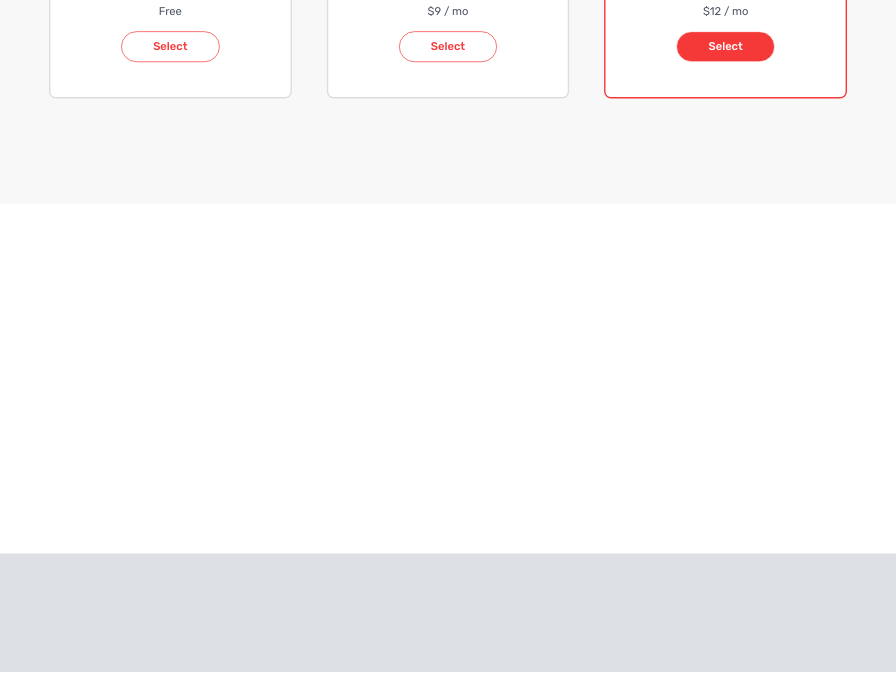
Repository: dangpham205/LaslesVPN-Landing-Page
Page: index.html
The author's editor kept a copy of each file at every save. The page is drawn from the files as they stood at one save, then again after the next save.
The browser window is 1280 px wide. The pictures show the part of the page from y = 2334 to 4254 px (the page is 3295 px tall before and 4254 px after), at 70% of full size.

Above is the page before, as saved 2022-07-20 15:32:17.

After the next save:
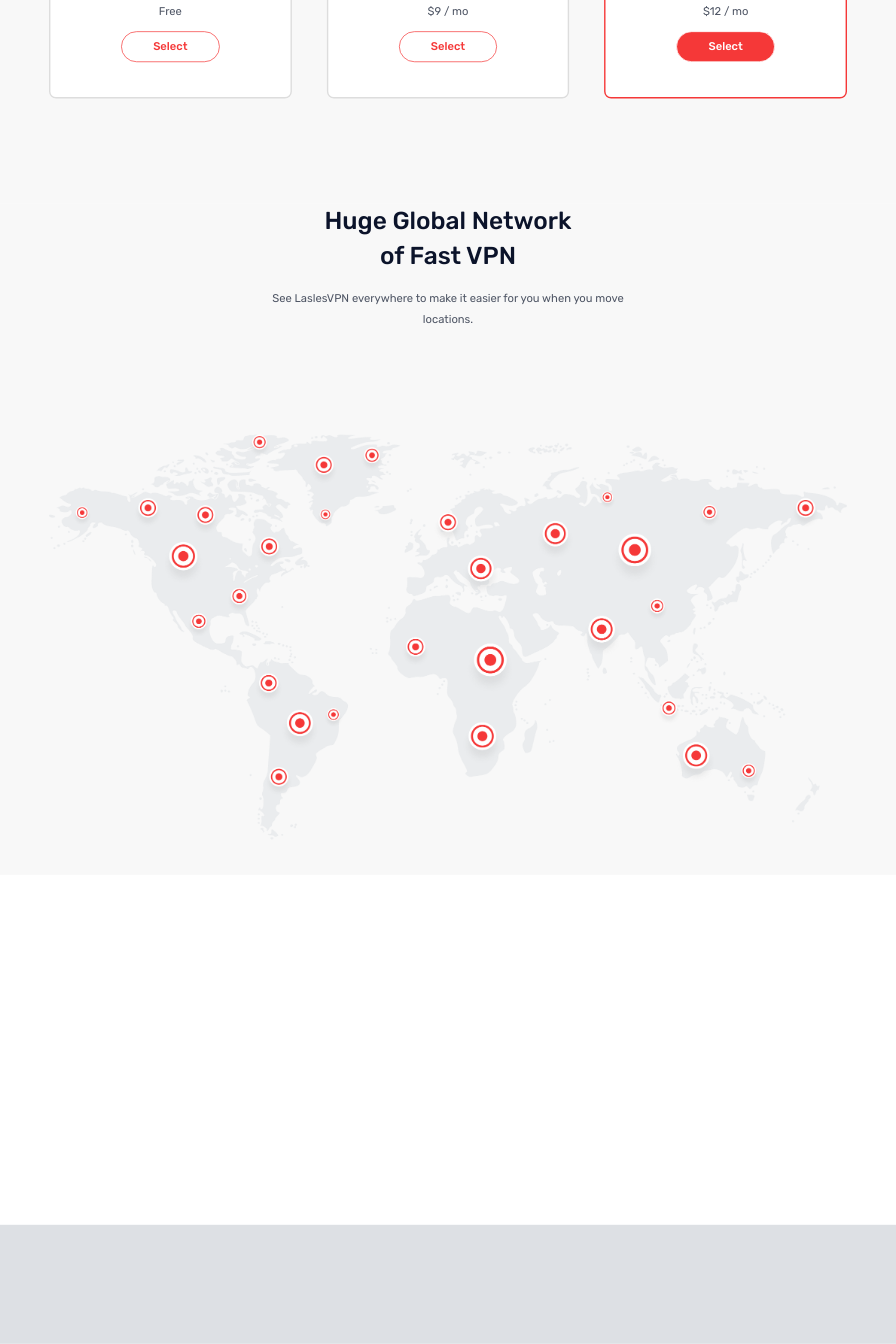
Saved 113 min 26 s later.
--- a/index.html
+++ b/index.html
@@ -238,6 +238,18 @@
                 </div>
             </section>
 
+            <section class="location">
+                <div class="container">
+                    <div class="location__container">
+                        <h3 class="location__title heading">Huge Global Network of Fast VPN</h3>
+                        <p class="location__desc text">See LaslesVPN everywhere to make it easier for you when you move locations.</p>
+                        <div class="location__image">
+                            <img src="" alt="" srcset="./assets/img/map.png">
+                        </div>
+                    </div>
+                </div>
+            </section>
+
             <div class="container" style="height: 500px;"></div>
         </main>
 
